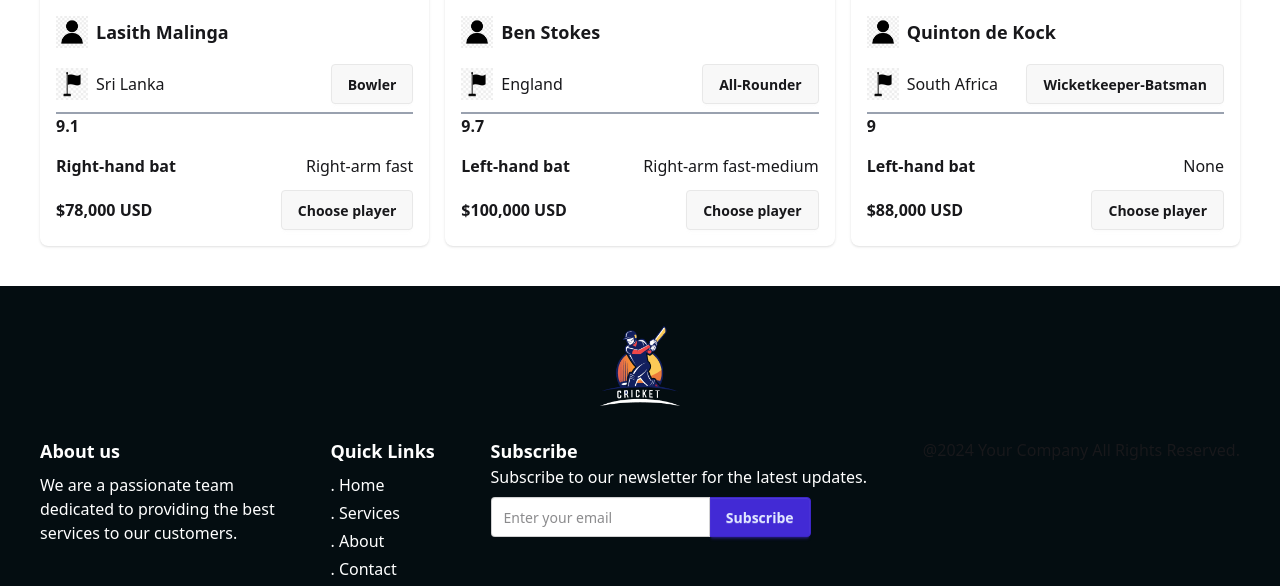
Repository: SanjidaSnigdha/Select-your-eleven
Page: /
These files come from the project's save history. The page is drawn as it stood at one moment and after the next save; the edit follows.
The browser window is 1280 px wide. The pictures show the part of the page from y = 2831 to 3417 px (the page is 3417 px tall).
The project was rebuilt for these pictures with package versions that can differ from the ones it lists, and the page was loaded fresh each time. Also part of the build but not shown: vite.config.js, src/App.css, src/components/SelectedCard/SelectedCard.jsx, src/components/SelectedPlayers/SelectedPlayers.jsx.

Above is the page before, as saved 2026-03-23 00:43:42.

### index.html
<!doctype html>
<html lang="en" style="color-scheme: light;">
  <head>
    <meta charset="UTF-8" />
    <link rel="icon" type="image/svg+xml" href="/favicon.svg" />
    <meta name="viewport" content="width=device-width, initial-scale=1.0" />
    <title>select-your-eleven</title>
  </head>
  <body>
    <div id="root"></div>
    <script type="module" src="/src/main.jsx"></script>
  </body>
</html>

### src/index.css
 @import "tailwindcss";
 @plugin "daisyui" {
  themes: light --default, dark --prefersdark;
  themes: light --default;
 }

### src/App.jsx

import './App.css'
import { ToastContainer } from 'react-toastify';

import AvailablePlayers from './components/AvailablePlayers/AvailablePlayers'
import SelectedPlayers from './components/SelectedPlayers/SelectedPlayers'
import Navbar from './components/Navbar/Navbar'
import { Suspense, useState } from 'react'
import Banner from './components/Banner/Banner';
import Footer from './components/Footer/Footer';

const fetchPlayers = async () =>{
  const res = await fetch("/players.json")
  return res.json()
}
const playersPromise = fetchPlayers()


function App() {
  const [toggle,setToggle] = useState(true)
  const [availableBalance,setAvailableBalance] = useState(600000)
  const [purchasedPlayers,setPurchasedPlayers] = useState([])
  const removePlayer = (p) =>{
    const filteredData = purchasedPlayers.filter(ply=> ply.player_name!==p.player_name)
    console.log(filteredData)
    setPurchasedPlayers(filteredData)
    setAvailableBalance(availableBalance+parseInt(p.price.split("USD").join("").
                split(",").join("")))

  }

  return (
    <>
   <Navbar availableBalance={availableBalance}></Navbar>
   <Banner></Banner>
   <div className='max-w-[1200px] mx-auto flex justify-between items-center'>
    <h1 className='font-bold text-2xl'>{
    toggle===true?"Available players":`Selected players(${purchasedPlayers.length}/6)`}</h1>
    <div className='font-bold'>
      <button onClick={()=>setToggle(true)} className={`py-3 px-4 border-1 border-gray-400 rounded-l-2xl border-r-0 ${toggle===true?"bg-[#E7FE29]":""}`}>Available</button>
      <button onClick={()=>setToggle(false)} className={`py-3 px-4 border-1 border-gray-400 rounded-r-2xl border-l-0 ${toggle===false?"bg-[#E7FE29]":""}`}>Selected <span>({purchasedPlayers.length})</span></button>
    </div>

   </div>

     {
      toggle === true?<Suspense fallback={<span className="loading loading-spinner loading-xl"></span>
}>
    <AvailablePlayers purchasedPlayers={purchasedPlayers} setPurchasedPlayers={setPurchasedPlayers} availableBalance={availableBalance} setAvailableBalance={setAvailableBalance} playersPromise={playersPromise}></AvailablePlayers>
</Suspense>:<SelectedPlayers removePlayer={removePlayer} purchasedPlayers={purchasedPlayers} setToggle={setToggle}></SelectedPlayers>

     }



      <ToastContainer></ToastContainer>
      <Footer></Footer>

    </>
  )
}

export default App

### src/components/AvailablePlayers/AvailablePlayers.jsx
import React, { use } from 'react';

import PlayerCard from '../PlayerCard/PlayerCard';

const AvailablePlayers = ({playersPromise,setAvailableBalance,availableBalance,purchasedPlayers,setPurchasedPlayers}) => {
    const playerData = use(playersPromise)
    return (
        <div className='max-w-[1200px] mx-auto grid grid-cols-1 md:grid-cols-3 gap-4'>

            {
              playerData.map(player=><PlayerCard setPurchasedPlayers={setPurchasedPlayers} purchasedPlayers={purchasedPlayers} availableBalance={availableBalance} setAvailableBalance={setAvailableBalance} player={player}></PlayerCard>


              )
            }

        </div>
    );
};

export default AvailablePlayers;

### src/components/Navbar/Navbar.jsx
import React from 'react';
import navImg from "../../assets/logo.png"
import dollarImg from "../../assets/dollar-1.png"

const Navbar = ({availableBalance}) => {
    return (

         <div className="navbar max-w-[1200px] mx-auto">
          <div className="flex-1">
            <a className="text-xl">
              <img className="w-60px h-50px mt-4" src={navImg} alt="" />
           </a>
          </div>
          <div className='flex justify-between items-center text-gray-500 w-60 h-20 font-semibold mr-30 gap-4'>
            <a>Home</a>
            <a>Fixture</a>
            <a>Teams</a>
            <a>Schedules</a>
          </div>
          <div className="flex items-center gap-1 ml-4">
          <span className='mr-1'>{availableBalance}</span>
          <span className='mr-1'>Coin</span>
          <img className="w-5 h-5" src={dollarImg} alt="" />
         </div>
       </div>
    );

};

export default Navbar;

### src/components/Banner/Banner.jsx
import React from 'react';
import bannerImg from '../../assets/banner-main.png'

const Banner = () => {
    return (
        <div className='max-w-[1200px] mx-auto h-[475px] bg-[#131313]/90 mt-8 mb-10 rounded-3xl'>
           <img src={bannerImg} alt="" className='w-2/12 mx-auto p-10'/>
           <div>
            <h1 className='font-bold w-[970px] h-[60px] text-[#FFFFFF] w-2/12 mx-auto text-center mt-2 text-xl'>Assemble Your Ultimate Dream 11 Cricket Team</h1>
            <p className='text-[#FFFFFF]/70 text-center'>Beyond Boundaries Beyond Limits</p>
            <button className='btn border-amber-400 p-1 flex mt-8 rounded-xl font-bold bg-[#E7FE29] w-2/12 mx-auto text-center items-center'>Claim Free Credit</button>
           </div>
        </div>

    );
};

export default Banner;

### src/components/Footer/Footer.jsx
import React from 'react';
import footerImg from "../../assets/logo-footer.png"

const Footer = () => {
    return (
        <footer className="bg-[#040D11] text-base-content p-10 mt-10 w-full h-[300px]">
            {/* Footer Image */}
            <div className='flex justify-center mb-8'>
            <img src={footerImg} alt="" className='w-20 h-20'/>
            </div>
   <div className='flex flex-col md:flex-row justify-between gap-8'>
    <div>
    <h6 className="font-semibold text-[18px] text-[#FFFFFF]">About us</h6>
    <p className='mt-2 text-[#FFFFFF]'>We are a passionate team<br></br>dedicated to providing the best <br></br> services to our customers.</p>

  </div>
  <div className='text-[#FFFFFF]'>
    <h6 className="font-semibold text-[18px]">Quick Links</h6>
    <div className='flex flex-col mt-2 gap-1'>
    <a className="link link-hover">. Home</a>
    <a className="link link-hover">. Services</a>
    <a className="link link-hover">. About</a>
    <a className="link link-hover">. Contact</a>
    </div>
  </div>

  <form>
    <h6 className="text-[#FFFFFF] font-semibold text-[18px]">Subscribe</h6>
    <p className='text-[#FFFFFF]'>Subscribe to our newsletter for the latest updates.</p>
    <fieldset className="w-80">
      <div className="join mt-2">
        <input
          type="text"
          placeholder="Enter your email"
          className="input input-bordered join-item" />
        <button className="btn btn-primary join-item">Subscribe</button>
      </div>
    </fieldset>
  </form>
  <p>@2024 Your Company All Rights Reserved.</p>
  </div>
</footer>
    );
};

export default Footer;

### src/components/PlayerCard/PlayerCard.jsx
import React, { useState } from 'react';
import userImg from "../../assets/man.png"
import flagImg from "../../assets/flag.jpg"
import { toast } from 'react-toastify';

const PlayerCard = ({player,setAvailableBalance,availableBalance,purchasedPlayers,setPurchasedPlayers}) => {
    const [isSelected,setIsSelected] = useState(false)

    const handleSelected = (playerData) =>{
        const playerPrice = parseInt(playerData.price.split("USD").join("").
                split(",").join(""))
                if(availableBalance<playerPrice){
                    toast("Not enough coins!!")
                    return
                }
                if(purchasedPlayers.length===6){
                    toast("6 players already selected")
                    return
                }

         setIsSelected(true)
                setAvailableBalance(availableBalance - playerPrice);
                setPurchasedPlayers([...purchasedPlayers,playerData])


    };
    return (
                        <div className="card bg-base-100 shadow-sm p-4">
         <figure className="px-10 pt-10">
           <img
             src={player.player_image}
             alt="Shoes"
             className='w-full h-[280px] object-cover'
              />
         </figure>
         <div className="mt-4">
           <div className='flex'>
               <img className='w-8 h-8' src={userImg} alt="" /><h2 className='card-title ml-2'>{player.player_name}</h2>
           </div>
           <div className='flex justify-between mt-4 border-b-2 border-gray-400 pb-2'>
       <div className='flex items-center'>
           <img className='w-8 h-8' src={flagImg} alt="" />
           <span className='ml-2'>{player.player_country}</span>
           </div>
           <button className='btn'>{player.playing_role}</button>
           </div>
       <div className='flex justify-between font-bold'>
           <span>{player.rating}</span>

       </div>
       <div className='flex justify-between mt-4'>
           <span className='font-bold'>{player.bating_style}</span>
           <span>{player.bowling_style}</span>
       </div>

           <div className="card-actions mt-3 flex justify-between items-center">
               <p className='font-bold'>${player.price}</p>
             <button disabled={isSelected} onClick={()=>{handleSelected(player)

             }} className="btn">{isSelected===true?"Selected":"Choose player"}</button>
           </div>
         </div>
       </div>
    );
};

export default PlayerCard;

### public/players.json
[
  {
    "player_image": "https://i.ibb.co.com/CKt7DdsZ/shakib-al-hasan-smiling-8olow941lckcha6b.jpg",
    "player_name": "Shakib Al Hasan",
    "player_country": "Bangladesh",
    "playing_role": "All-Rounder",
    "rating": 9.5,
    "bating_style": "Left-hand bat",
    "bowling_style": "Slow left-arm orthodox",
    "price": "75,000 USD"
  },
  {
    "player_image": "https://i.ibb.co.com/WWKnGkNs/Faf-du-Plessis.jpg",
    "player_name": "Faf du Plessis",
    "player_country": "South Africa",
    "playing_role": "Batsman",
    "rating": 9.0,
    "bating_style": "Right-hand bat",
    "bowling_style": "Right-arm medium",
    "price": "70,000 USD"
  },
  {
    "player_image": "https://i.ibb.co.com/XZxnnz3F/Rashid-Khan.jpg",
    "player_name": "Rashid Khan",
    "player_country": "Afghanistan",
    "playing_role": "Bowler",
    "rating": 9.8,
    "bating_style": "Right-hand bat",
    "bowling_style": "Right-arm leg spin",
    "price": "85,000 USD"
  },
  {
    "player_image": "https://i.ibb.co.com/4w5xgSNn/liton-das.jpg",
    "player_name": "Liton Das",
    "player_country": "Bangladesh",
    "playing_role": "Wicketkeeper-Batsman",
    "rating": 8.7,
    "bating_style": "Right-hand bat",
    "bowling_style": "None",
    "price": "60,000 USD"
  },
  {
    "player_image": "https://i.ibb.co.com/391gsfv8/Andre-Russell.jpg",
    "player_name": "Andre Russell",
    "player_country": "West Indies",
    "playing_role": "All-Rounder",
    "rating": 9.6,
    "bating_style": "Right-hand bat",
    "bowling_style": "Right-arm fast",
    "price": "90,000 USD"
  },
  {
    "player_image": "https://i.ibb.co.com/67D8FvCn/Mustafizur-Rahman.webp",
    "player_name": "Mustafizur Rahman",
    "player_country": "Bangladesh",
    "playing_role": "Bowler",
    "rating": 8.9,
    "bating_style": "Left-hand bat",
    "bowling_style": "Left-arm fast-medium",
    "price": "65,000 USD"
  },
  {
    "player_image": "https://i.ibb.co.com/h1wRWkVC/David-Warner.jpg",
    "player_name": "David Warner",
    "player_country": "Australia",
    "playing_role": "Batsman",
    "rating": 9.4,
    "bating_style": "Left-hand bat",
    "bowling_style": "Right-arm leg spin",
    "price": "95,000 USD"
  },
  {
    "player_image": "https://i.ibb.co.com/0VsmTGGY/Sunil-Narine.jpg",
    "player_name": "Sunil Narine",
    "player_country": "West Indies",
    "playing_role": "All-Rounder",
    "rating": 9.2,
    "bating_style": "Left-hand bat",
    "bowling_style": "Right-arm off spin",
    "price": "80,000 USD"
  },
  {
    "player_image": "https://i.ibb.co.com/HpkRbDz3/Babar.png",
    "player_name": "Babar Azam",
    "player_country": "Pakistan",
    "playing_role": "Batsman",
    "rating": 9.3,
    "bating_style": "Right-hand bat",
    "bowling_style": "None",
    "price": "92,000 USD"
  },
  {
    "player_image": "https://i.ibb.co.com/dsk08w2x/Lasith-Malinga1.jpg",
    "player_name": "Lasith Malinga",
    "player_country": "Sri Lanka",
    "playing_role": "Bowler",
    "rating": 9.1,
    "bating_style": "Right-hand bat",
    "bowling_style": "Right-arm fast",
    "price": "78,000 USD"
  },
  {
    "player_image": "https://i.ibb.co.com/s9vHr4tS/Ben-Stokes.png",
    "player_name": "Ben Stokes",
    "player_country": "England",
    "playing_role": "All-Rounder",
    "rating": 9.7,
    "bating_style": "Left-hand bat",
    "bowling_style": "Right-arm fast-medium",
    "price": "100,000 USD"
  },
  {
    "player_image": "https://i.ibb.co.com/gFhPmT1c/Quinton-de-Kock1.jpg",
    "player_name": "Quinton de Kock",
    "player_country": "South Africa",
    "playing_role": "Wicketkeeper-Batsman",
    "rating": 9.0,
    "bating_style": "Left-hand bat",
    "bowling_style": "None",
    "price": "88,000 USD"
  }
]

Loaded but not shown: src/main.jsx (common file)

After the next save:
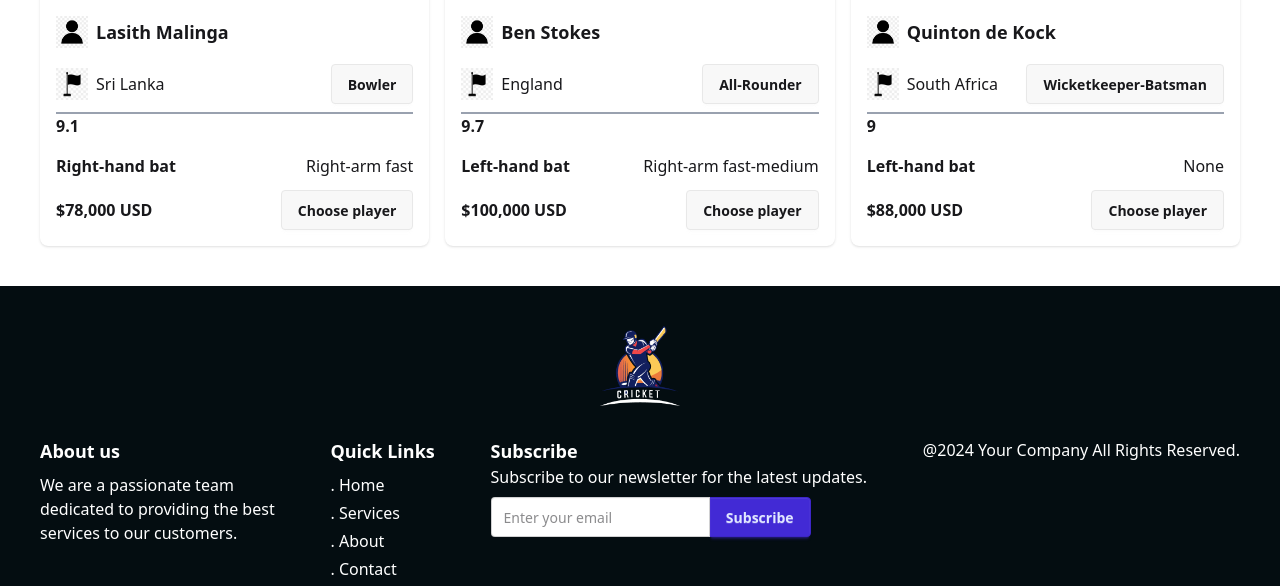
Saved 82 s later.
--- a/src/components/Footer/Footer.jsx
+++ b/src/components/Footer/Footer.jsx
@@ -37,7 +37,7 @@
       </div>
     </fieldset>
   </form>
-  <p>@2024 Your Company All Rights Reserved.</p>
+  <p className='text-[#FFFFFF]'>@2024 Your Company All Rights Reserved.</p>
   </div>
 </footer>
     );
